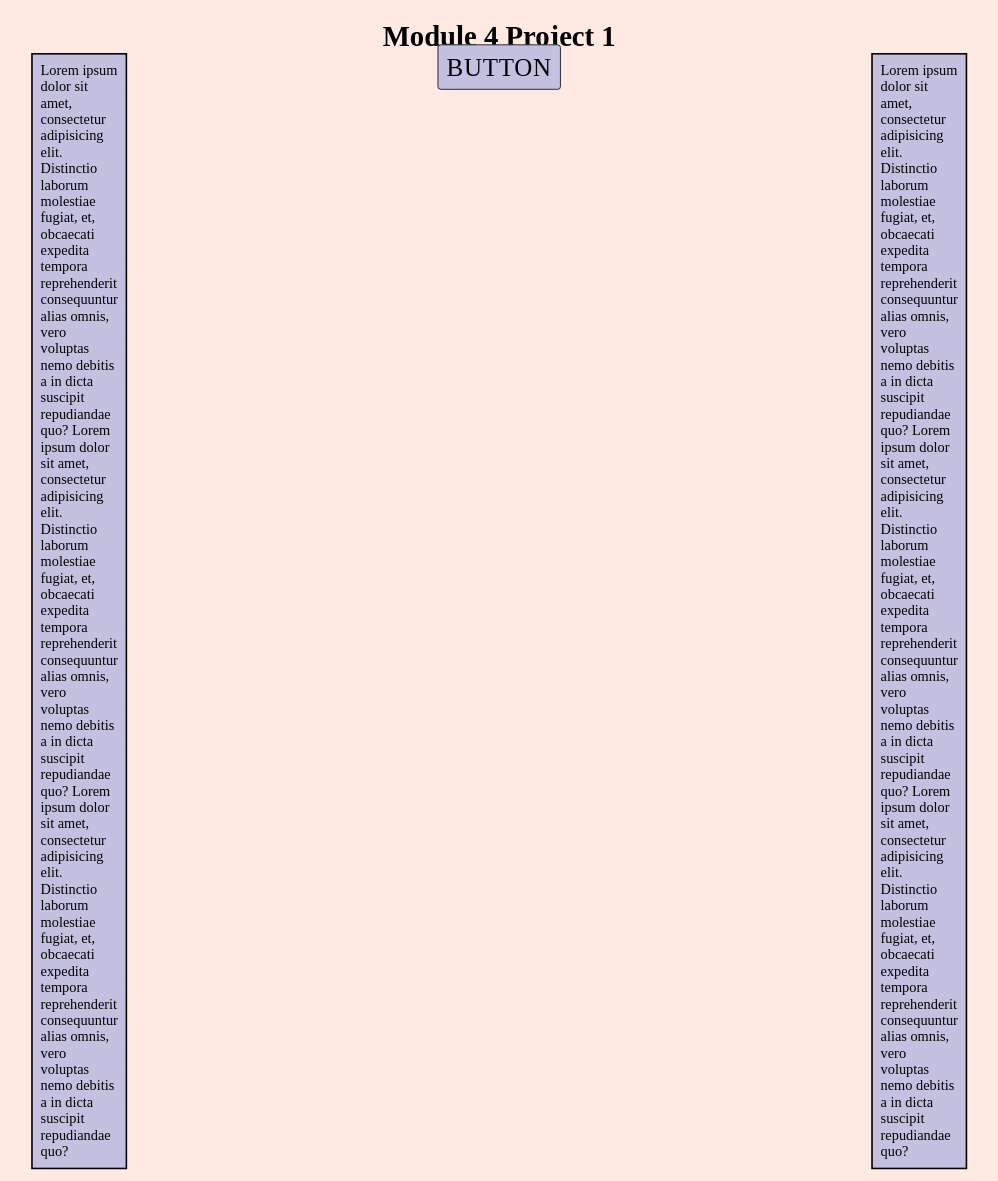
Repository: mlmEFSC21/P6-External-Style-Sheet
Page: index.html
These files come from the project's save history. The page is drawn as it stood at one moment and after the next save; the edit follows.
The browser window is 1280 px wide. The pictures show the whole page, at 78% of full size.

Above is the page before, as saved 2022-02-13 17:31:19.

After the next save:
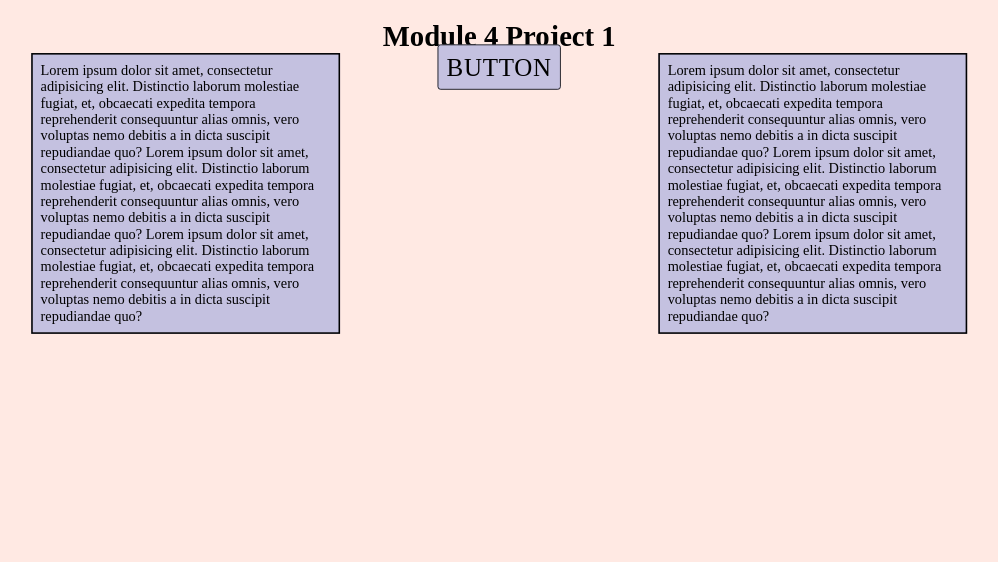
Saved 20 s later.
--- a/Styles.css
+++ b/Styles.css
@@ -38,8 +38,7 @@ p {
 }
 .p1,
 .p2 {
-    max-width: min-content;
-    word-wrap: nowrap;
+    max-width: 33%;
 }
 .floatContainer::after {
     content: "";
